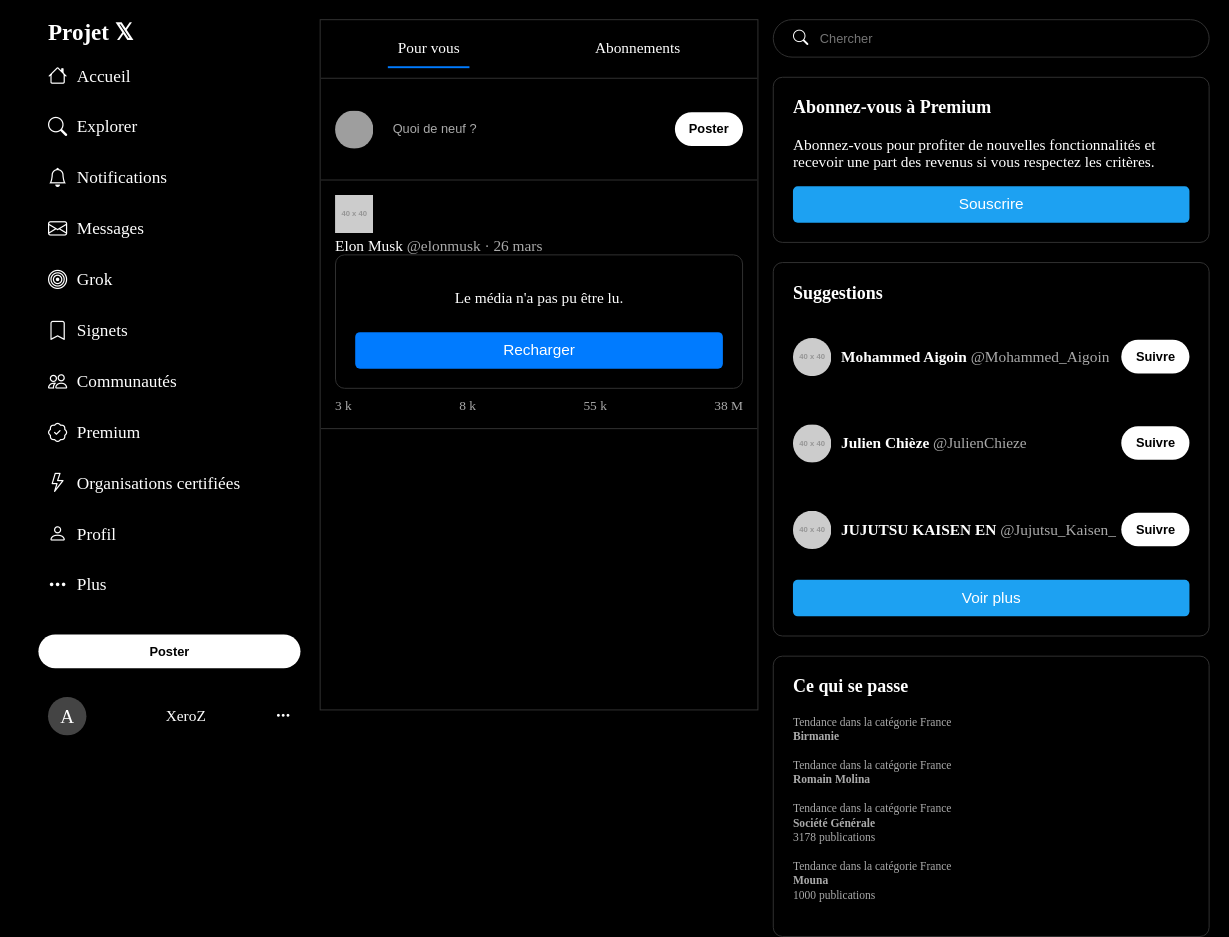
Repository: barriefl/ProjetX_BARRIER_MAULINE_MARQUES-FELIX_SERVONNET
Page: web/front/main.html
The author's editor kept a copy of each file at every save. The page is drawn from the files as they stood at one save, then again after a run of saves.
The browser window is 1280 px wide. The pictures show the whole page, at 96% of full size.
Pictures or frames that could not be fetched are drawn as grey boxes.

Above is the page before, as saved 2025-03-31 10:13:34.

After the next 2 saves:
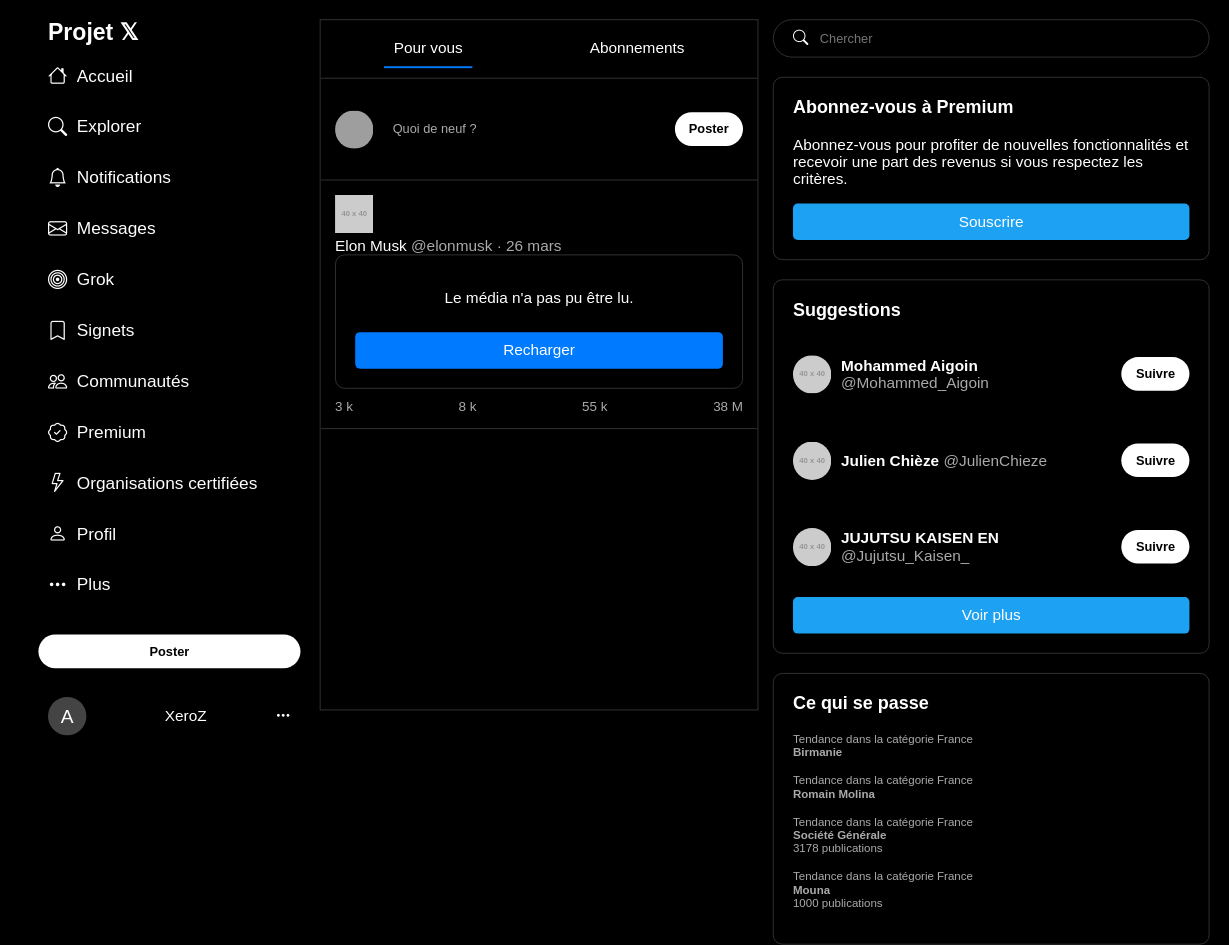
The 2 saves are shown as one change because they came seconds apart.
The last was saved 6 s later.
--- a/web/front/style/main.css
+++ b/web/front/style/main.css
@@ -1,7 +1,7 @@
 body {
     margin: 0;
     background-color: #000;
-    font-size: ;
+    font-family: Arial, Helvetica, sans-serif;
     color: white;
     padding: 0;
     display: flex;
